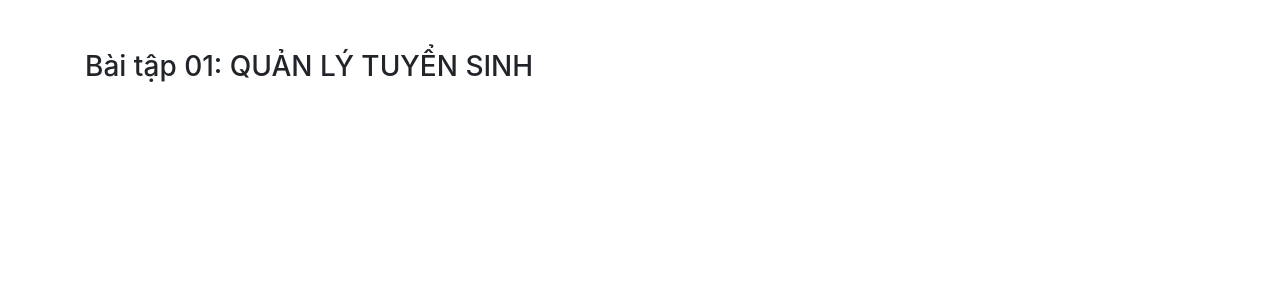
Repository: ducdatit2002/javascript-tinh-day15
Page: index.html
These files come from the project's save history. The page is drawn as it stood at one moment and after the next save; the edit follows.
The browser window is 1280 px wide. The pictures show the whole page.

Above is the page before, as saved 2023-08-19 23:30:52.

### index.html
<!DOCTYPE html>
<html lang="en">
  <head>
    <title>HOMEWORK BUỔI 15 - JAVASCRIPT</title>
    <!-- Required meta tags -->
    <meta charset="utf-8" />
    <meta
      name="viewport"
      content="width=device-width, initial-scale=1, shrink-to-fit=no"
    />

    <!-- Bootstrap CSS -->
    <link
      rel="stylesheet"
      href="https://stackpath.bootstrapcdn.com/bootstrap/4.3.1/css/bootstrap.min.css"
      integrity="sha384-ggOyR0iXCbMQv3Xipma34MD+dH/1fQ784/j6cY/iJTQUOhcWr7x9JvoRxT2MZw1T"
      crossorigin="anonymous"
    />
  </head>
  <body>
    <div class="container" style="margin-bottom: 500px; margin-top: 50px;">
        <div class="baiTap1">
            <h3>Bài tập 01: QUẢN LÝ TUYỂN SINH</h3>
            <div class="row mt-3">
                <div class="col-4">

                </div>
            </div>
        </div>
    </div>
    <!-- Optional JavaScript -->
    <!-- jQuery first, then Popper.js, then Bootstrap JS -->
    <script
      src="https://code.jquery.com/jquery-3.3.1.slim.min.js"
      integrity="sha384-q8i/X+965DzO0rT7abK41JStQIAqVgRVzpbzo5smXKp4YfRvH+8abtTE1Pi6jizo"
      crossorigin="anonymous"
    ></script>
    <script
      src="https://cdnjs.cloudflare.com/ajax/libs/popper.js/1.14.7/umd/popper.min.js"
      integrity="sha384-UO2eT0CpHqdSJQ6hJty5KVphtPhzWj9WO1clHTMGa3JDZwrnQq4sF86dIHNDz0W1"
      crossorigin="anonymous"
    ></script>
    <script
      src="https://stackpath.bootstrapcdn.com/bootstrap/4.3.1/js/bootstrap.min.js"
      integrity="sha384-JjSmVgyd0p3pXB1rRibZUAYoIIy6OrQ6VrjIEaFf/nJGzIxFDsf4x0xIM+B07jRM"
      crossorigin="anonymous"
    ></script>
    <script src="./index.js"></script>
  </body>
</html>

Loaded but not shown: index.js (no copy from this time; the picture is the same without it)

After the next save:
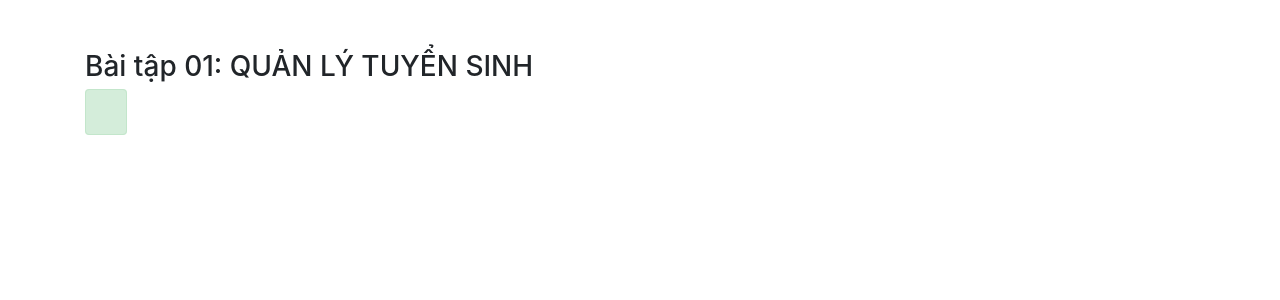
Saved 24 s later.
--- a/index.html
+++ b/index.html
@@ -23,7 +23,7 @@
             <h3>Bài tập 01: QUẢN LÝ TUYỂN SINH</h3>
             <div class="row mt-3">
                 <div class="col-4">
-
+                    <span class="alert alert-success"></span>
                 </div>
             </div>
         </div>
